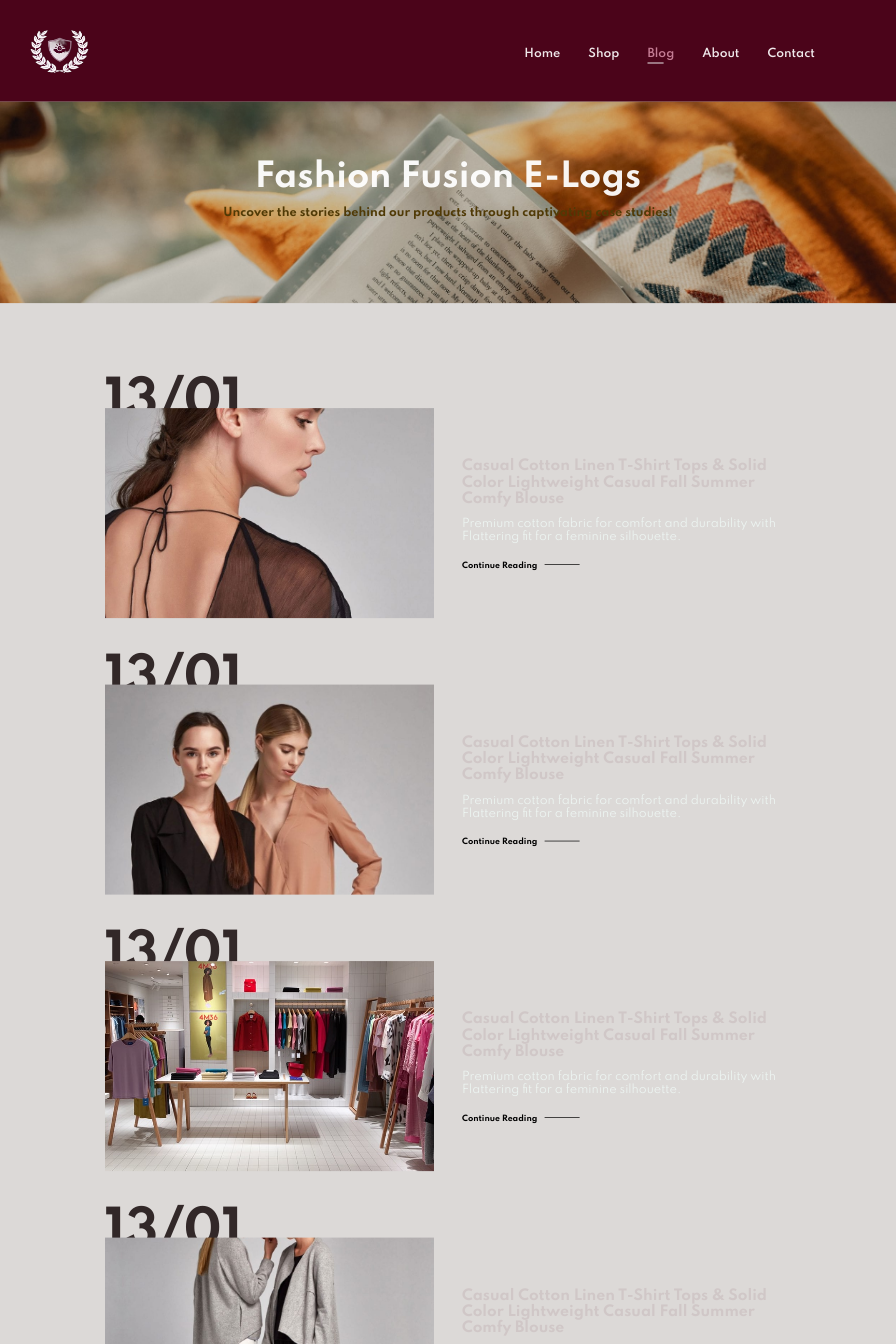
Repository: JhananiNallasamy/ECommerce-website-deployment
Page: blog.html
An editor plug-in stored every save of this project. The page is shown before and after a run of saves, followed by the edit.
The browser window is 1280 px wide. The pictures show the part of the page from y = 0 to 1920 px (the page is 3598 px tall), at 70% of full size.
Some web libraries are served in a nearby version.

Above is the page before, as saved 2024-05-05 10:33:51.

After the next 2 saves:
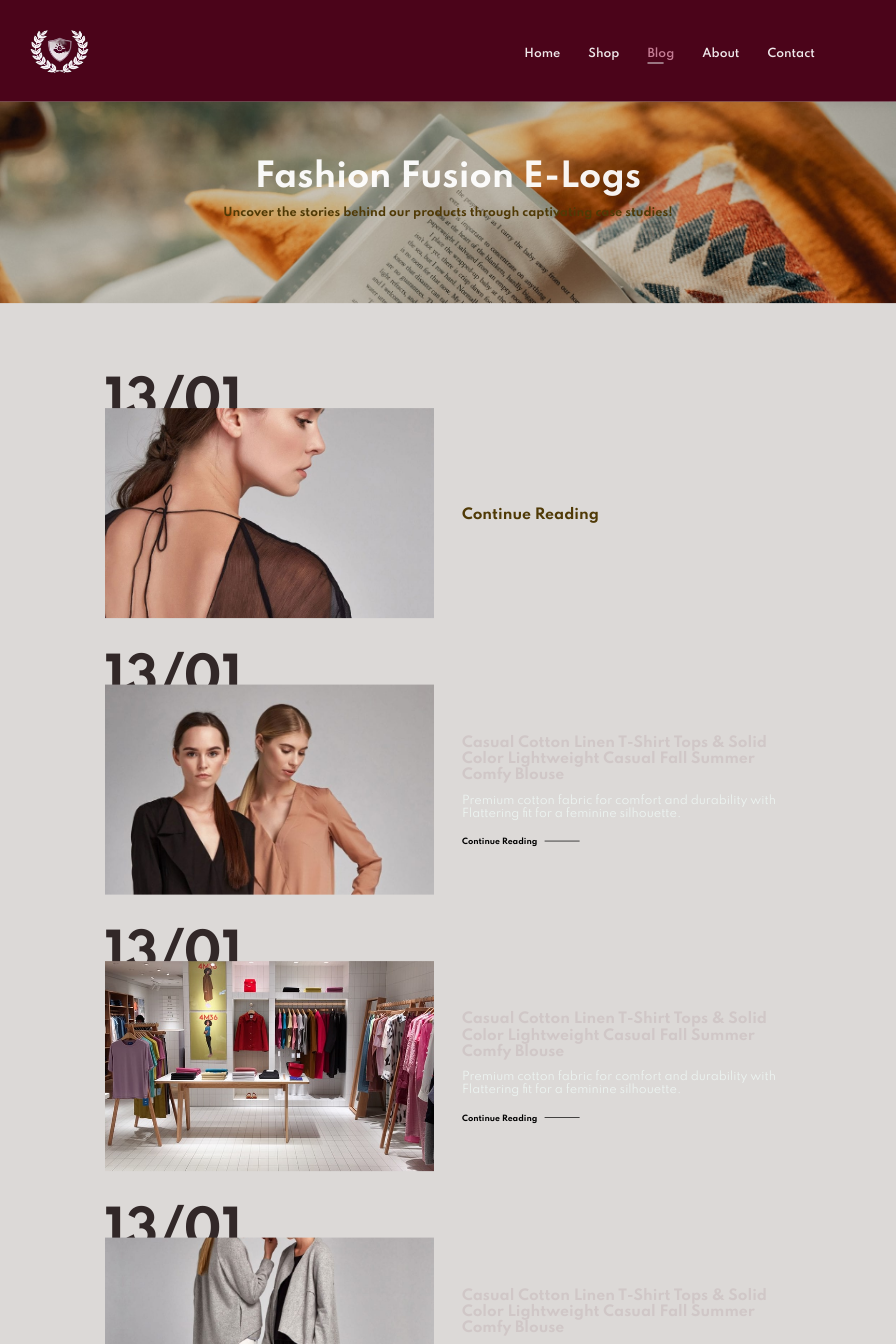
The 2 saves are shown as one change because they came seconds apart.
The last was saved 38 s later.
--- a/blog.html
+++ b/blog.html
@@ -43,7 +43,7 @@
                 <img src="img/blog/b1.jpg" alt="b1 in blog">
             </div>
             <div class="blog-details">
-            <h4> Casual Cotton Linen T-Shirt Tops & Solid Color Lightweight Casual Fall Summer Comfy Blouse </h4>
+            <h4 style="color: #503a06;> Casual Cotton Linen T-Shirt Tops & Solid Color Lightweight Casual Fall Summer Comfy Blouse </h4>
             <p>Premium cotton fabric for comfort and durability with Flattering fit for a feminine silhouette.</p>
             <a href="#"> Continue Reading </a>
             </div>
